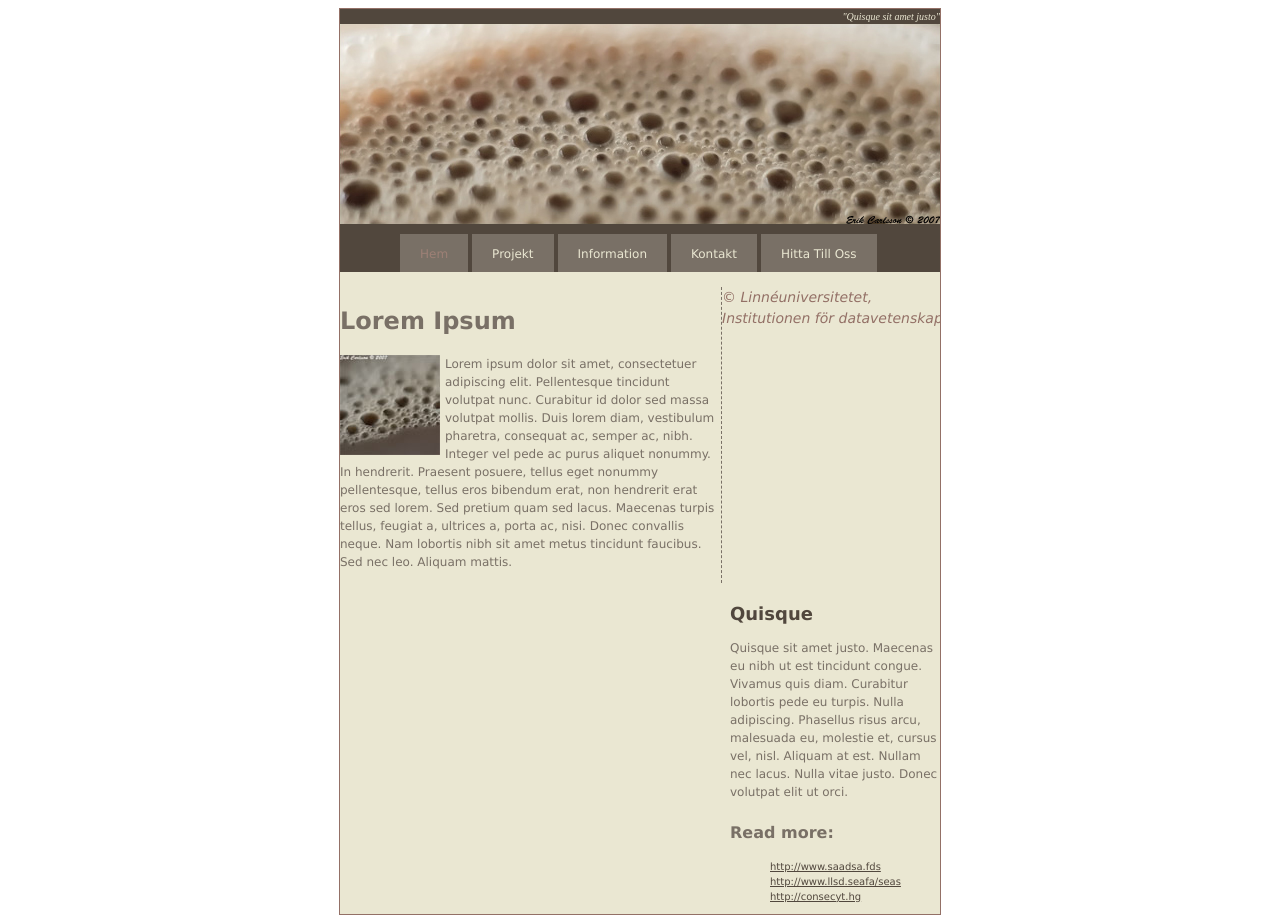
Repository: mh223ja/1ik415-js223mi-Uppgift-3-3
Page: index.html
The author's editor kept a record of every edit. The page is drawn from the files as they stood at one moment, then again after the next edit.
The browser window is 1280 px wide. The pictures show the whole page.

Above is the page before.

After the next edit:
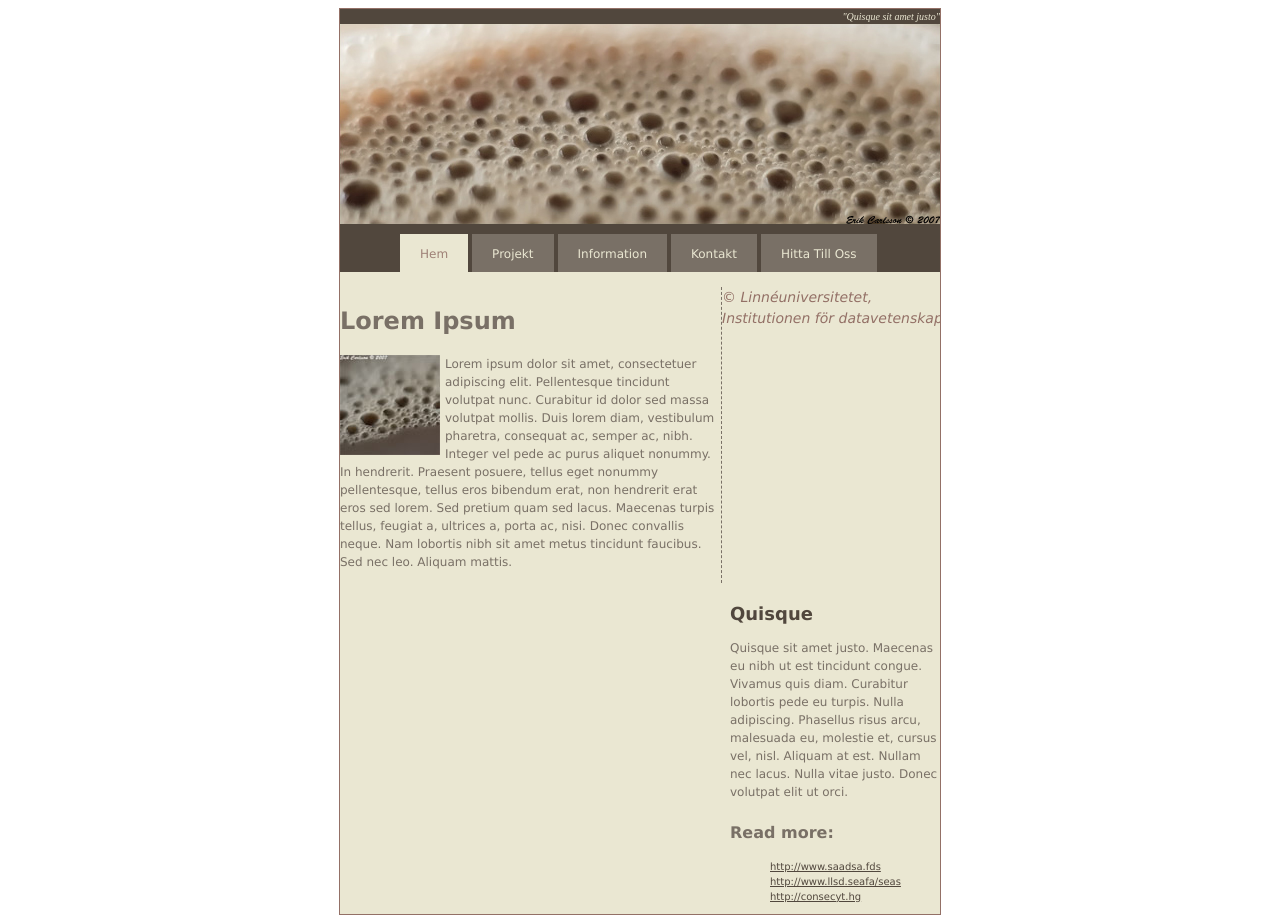
The edit:
--- a/css/basic.css
+++ b/css/basic.css
@@ -108,7 +108,7 @@
 	display: inline;
 }
 .active{
-	background-color: #eae7d2;!important;
+	background-color: #eae7d2 !important;
 
 }
 .active a{
